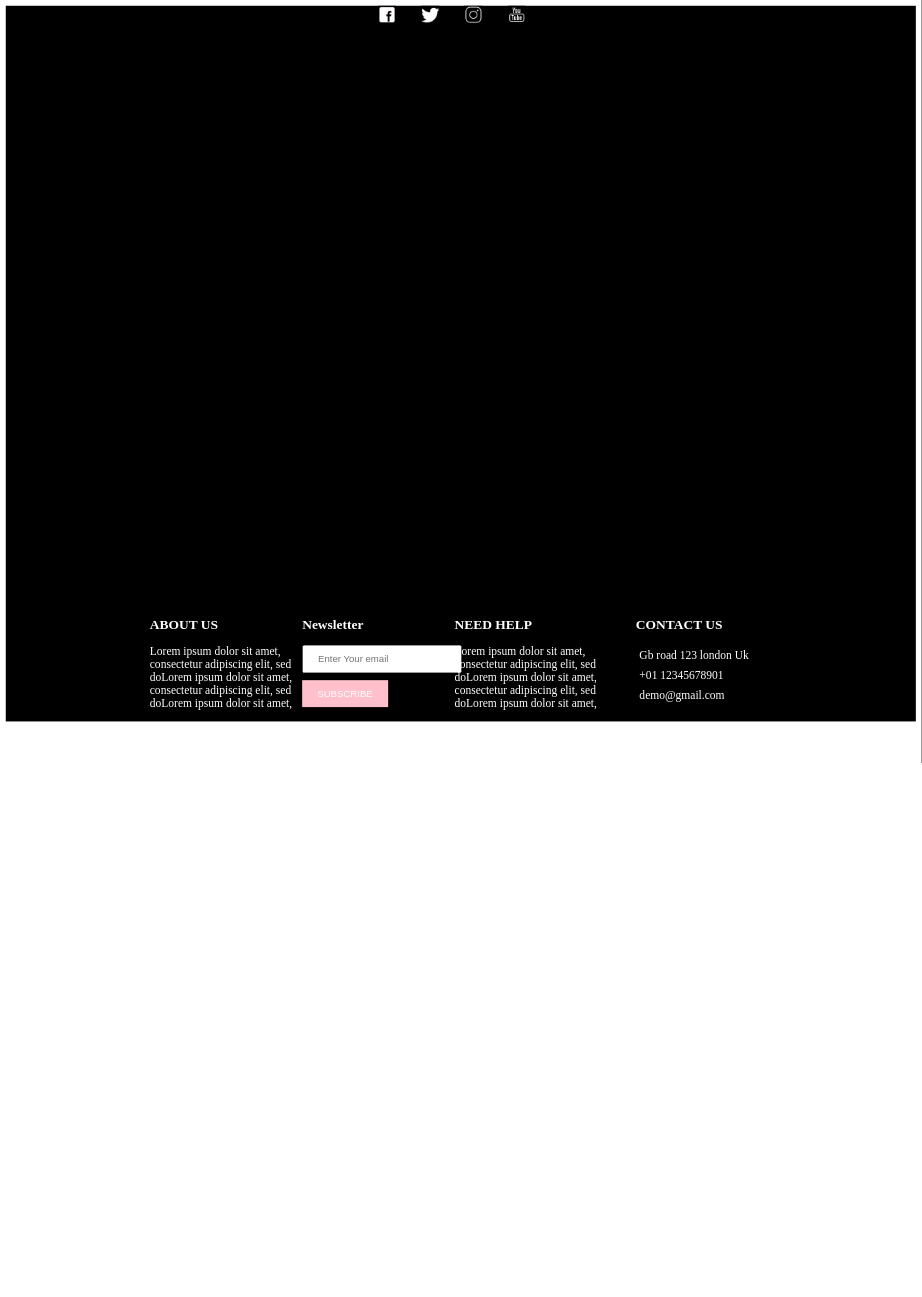
Repository: AVINKUMARP/gifts
Page: demo3.html
These files come from the project's save history. The page is drawn as it stood at one moment and after the next save; the edit follows.
The browser window is 1280 px wide. The pictures show the whole page, at 72% of full size.

Above is the page before, as saved 2023-08-24 15:44:48.

After the next save:
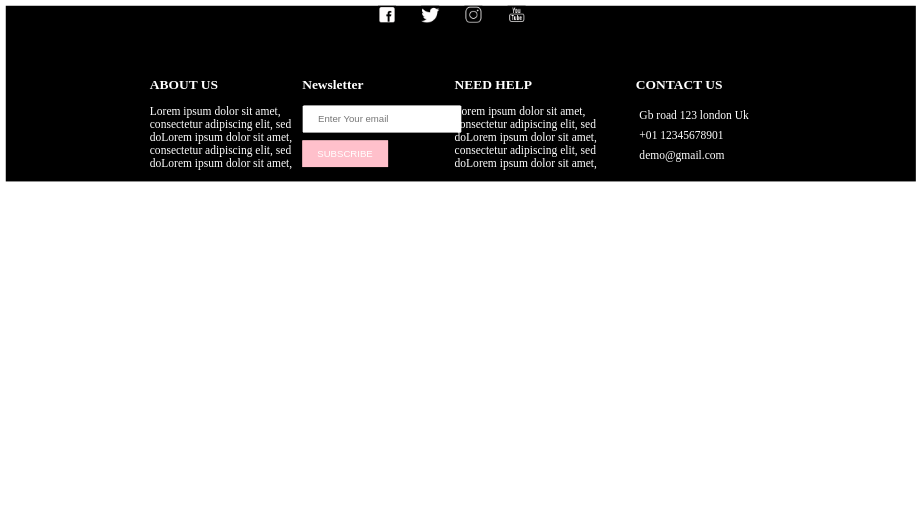
Saved 10 s later.
--- a/demo3.html
+++ b/demo3.html
@@ -53,7 +53,7 @@
             padding-top: 10px;
         }
         .list{
-            margin: 50pc 200px;
+            margin: 50px 200px;
         }
     </style>
 </head>
